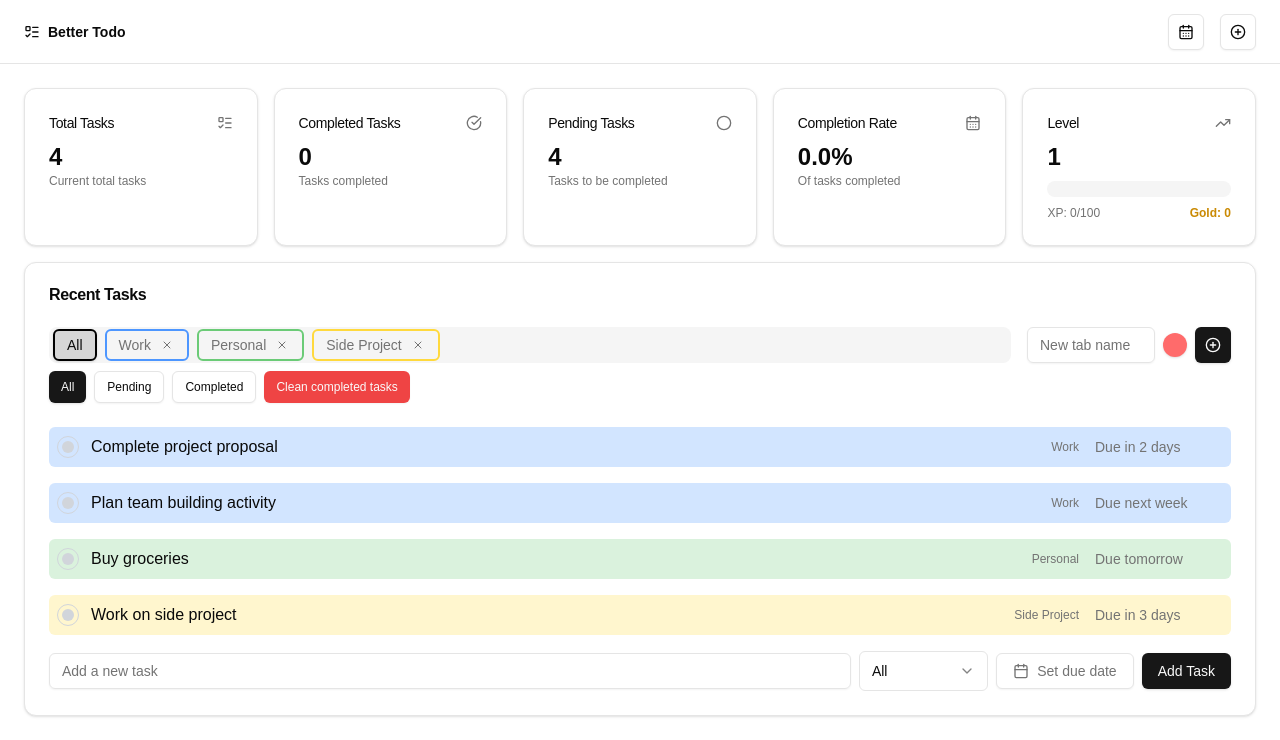
Repository: malikbarbier7/better-todo
Page: /dashboard
The author's editor kept a copy of each file at every save. The page is drawn from the files as they stood at one save, then again after the next save.
The browser window is 1280 px wide. The pictures show the whole page.
The project was rebuilt for these pictures with package versions that can differ from the ones it lists, and the page was loaded fresh each time. The framework's server and built-in components were replaced by stand-ins that run in the browser. Also part of the build but not shown: next.config.js, next.config.mjs, components/ui/calendar.tsx.

Above is the page before, as saved 2024-10-04 14:45:02.

After the next save:
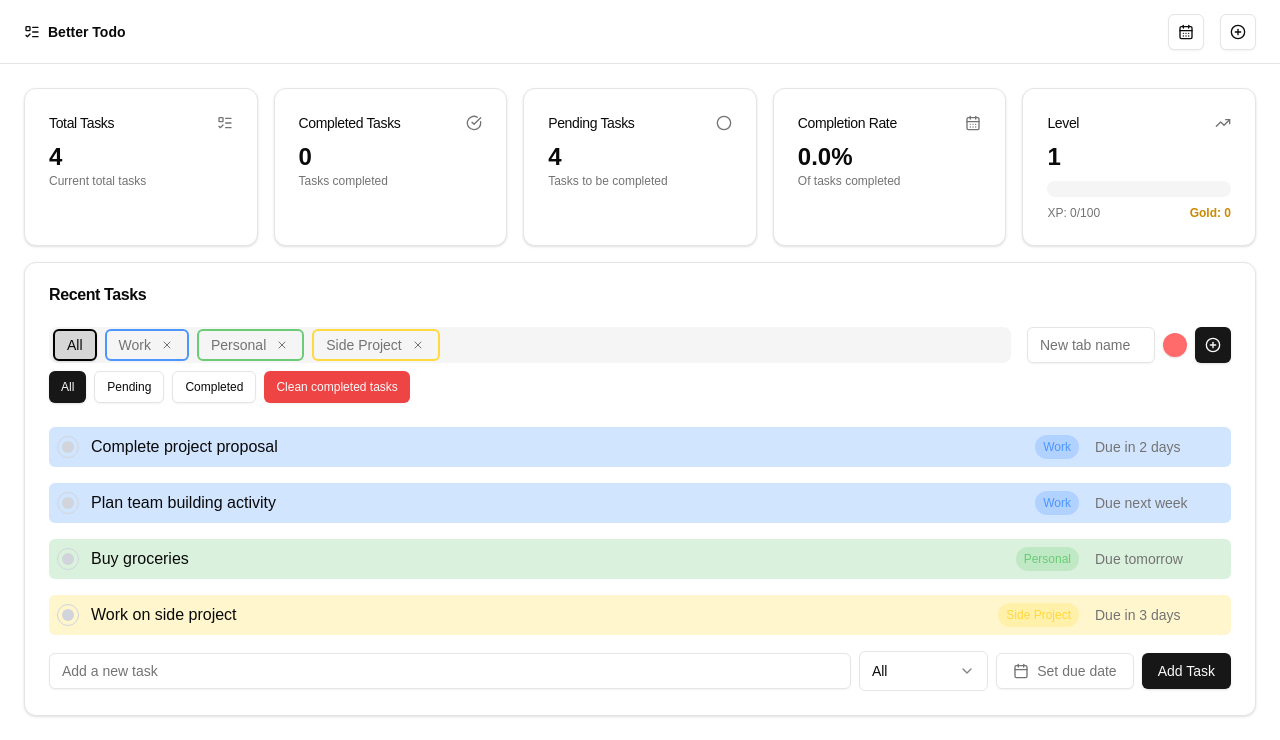
Saved 2 min 19 s later.
--- a/components/dashboard.tsx
+++ b/components/dashboard.tsx
@@ -472,7 +472,15 @@ export function Dashboard() {
                                 {task.name}
                               </span>
                               <div className="flex items-center justify-end space-x-4 min-w-[300px]">
-                                <span className="text-xs text-muted-foreground w-24 text-right">{task.category}</span>
+                                <span
+                                  className="text-xs px-2 py-1 rounded-full"
+                                  style={{
+                                    backgroundColor: tabs.find(tab => tab.name === task.category)?.color + '40',
+                                    color: tabs.find(tab => tab.name === task.category)?.color
+                                  }}
+                                >
+                                  {task.category}
+                                </span>
                                 <span className="text-sm text-muted-foreground w-32">{task.dueDate}</span>
                               </div>
                             </div>
